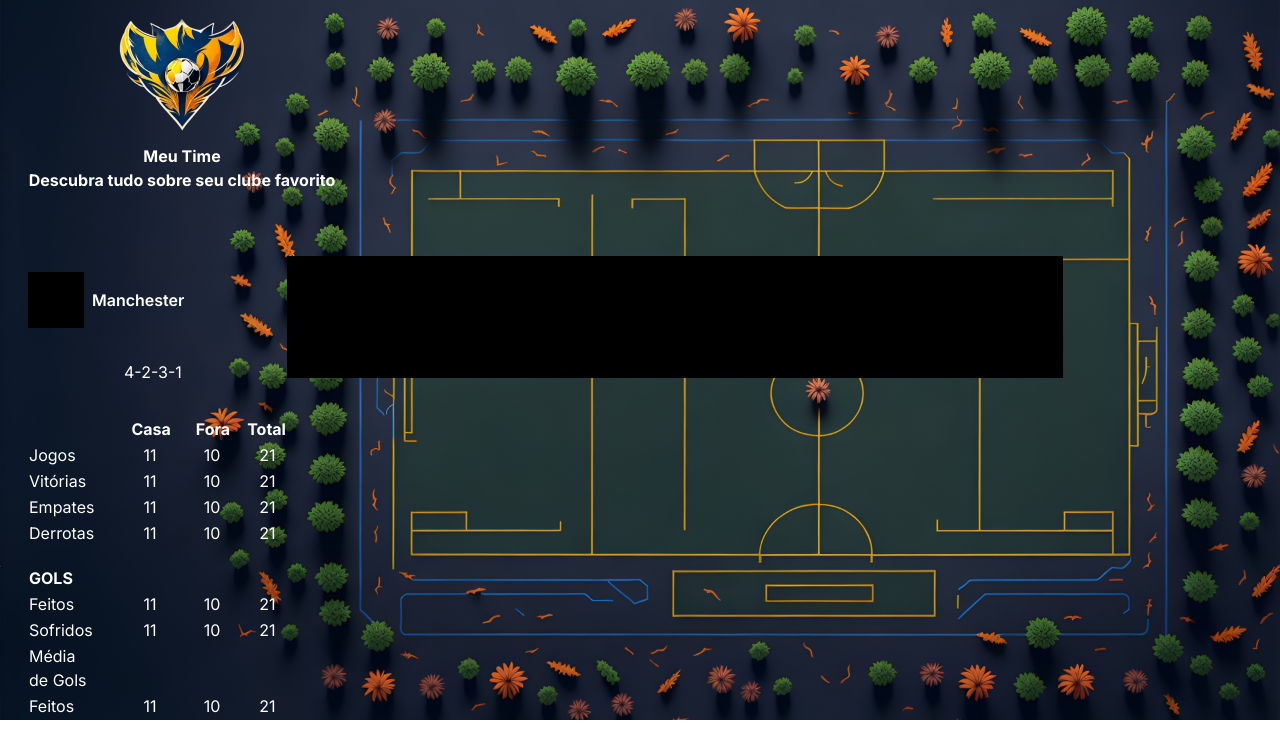
Repository: LuizAGDomingues/MeuTimeApp
Page: /statistics
An editor plug-in stored every save of this project. The page is shown before and after the next save, followed by the edit.
The browser window is 1280 px wide. The pictures show the whole page.
The project was rebuilt for these pictures with package versions that can differ from the ones it lists, and the page was loaded fresh each time. The framework's server and built-in components were replaced by stand-ins that run in the browser. Also part of the build but not shown: next.config.js.

Above is the page before, as saved 2023-05-26 14:22:56.

### src/app/layout.tsx
"use client"

import './globals.css'
import { Inter } from 'next/font/google'
import { QueryClient, QueryClientProvider } from 'react-query'

const inter = Inter({ subsets: ['latin'] })

const queryClient = new QueryClient()

export const metadata = {
  title: 'Trade test - Football API',
  description: 'Test para vaga front-end da Trade Technology',
}

export default function RootLayout({
  children,
}: {
  children: React.ReactNode
}) {
  return (
    <html lang="pt-br">
      <body className={inter.className}>
        <QueryClientProvider client={queryClient}>
          {children}
        </QueryClientProvider>
      </body>
    </html>
  )
}

### src/app/statistics/page.tsx
import React, { useEffect } from 'react'
import { useRouter } from 'next/router';
import logo from '../../assets/logo.png'
import Image from 'next/image'
import { useQuery } from 'react-query';
import { api } from '@/lib/axios';

function page() {
  // const router = useRouter();
  // const { league, seasonYear, team } = router.query;
  // const API_KEY = process.env.NEXT_PUBLIC_API_KEY;
  // const API_HOST = process.env.NEXT_PUBLIC_API_HOST;

  // useEffect(() => {
  //   // Verificar se as informações estão presentes
  //   if (!league || !seasonYear || !team) {
  //     // Redirecionar para outra página ou exibir uma mensagem de erro
  //     router.push('/');
  //   }
  // }, [league, seasonYear, team]);

  // const { data: timeStatisticsData, isLoading: timeStatisticsLoading, error: timeStatisticsError } = useQuery('timeStatistics', () => {
  //   return api.get('teams', {
  //     headers: {
  //       "x-rapidapi-host": API_HOST,
	// 	    "x-rapidapi-key": API_KEY
  //     }, params: {
  //       league: league,
  //       season: seasonYear,
  //       team: team
  //     }
  //   }).then((response) => response.data.response)
  // })

  // const { data: timeSquadData, isLoading: timeSquadLoading, error: timeSquadError } = useQuery('timeSquad', () => {
  //   return api.get('players/squads', {
  //     headers: {
  //       "x-rapidapi-host": API_HOST,
	// 	    "x-rapidapi-key": API_KEY
  //     },
  //     params: {
  //       team: team
  //     }
  //   }).then((response) => response.data.response)
  // })

  return (
    <section className='statisticpage w-full h-screen px-7 pb-20 text-white'>
      <div className='flex flex-col items-center w-[308px]'>
        <Image src={logo} alt='Logo exemplo'/>
        <span className='text-white font-bold text-center'>Meu Time<br/>Descubra tudo sobre seu clube favorito</span>
      </div>

      <div className='flex justify-between'>

        <div className='flex flex-col items-start w-[308px]'>
          <div className='flex items-center gap-2 mt-20'>
            <div className='w-14 h-14 bg-black'></div>
            <span className='font-semibold'>Manchester</span>
          </div>
          <span className='mt-8 ml-24 mb-8'>4-2-3-1</span>

          <table>
            <thead>
              <tr>
                <th></th>
                <th className="text-center pl-9">Casa</th>
                <th className="text-center pl-6">Fora</th>
                <th className="text-center pl-4">Total</th>
              </tr>
            </thead>
            <tbody>
              <tr>
                <td>Jogos</td>
                <td className="pl-12">11</td>
                <td className="pl-8">10</td>
                <td className="pl-7">21</td>
              </tr>
              <tr>
                <td>Vitórias</td>
                <td className="pl-12">11</td>
                <td className="pl-8">10</td>
                <td className="pl-7">21</td>
              </tr>
              <tr>
                <td>Empates</td>
                <td className="pl-12">11</td>
                <td className="pl-8">10</td>
                <td className="pl-7">21</td>
              </tr>
              <tr>
                <td>Derrotas</td>
                <td className="pl-12">11</td>
                <td className="pl-8">10</td>
                <td className="pl-7">21</td>
              </tr>

              <tr>
                <td className='font-bold pt-5'>GOLS</td>
              </tr>
              <tr>
                <td>Feitos</td>
                <td className="pl-12">11</td>
                <td className="pl-8">10</td>
                <td className="pl-7">21</td>
              </tr>
              <tr>
                <td>Sofridos</td>
                <td className="pl-12">11</td>
                <td className="pl-8">10</td>
                <td className="pl-7">21</td>
              </tr>

              <tr>
                <td>Média de Gols</td>
              </tr>
              <tr>
                <td>Feitos</td>
                <td className="pl-12">11</td>
                <td className="pl-8">10</td>
                <td className="pl-7">21</td>
              </tr>
              <tr>
                <td>Sofridos</td>
                <td className="pl-12">11</td>
                <td className="pl-8">10</td>
                <td className="pl-7">21</td>
              </tr>
            </tbody>
          </table>
        </div>

        <div className='grid grid-cols-10 gap-4 mr-[13.5rem] mt-16'>
          <div className='w-[88px] h-[122px] bg-black'></div>
          <div className='w-[88px] h-[122px] bg-black'></div>
          <div className='w-[88px] h-[122px] bg-black'></div>
          <div className='w-[88px] h-[122px] bg-black'></div>
          <div className='w-[88px] h-[122px] bg-black'></div>
          <div className='w-[88px] h-[122px] bg-black'></div>
          <div className='w-[88px] h-[122px] bg-black'></div>
          <div className='w-[88px] h-[122px] bg-black'></div>
          <div className='w-[88px] h-[122px] bg-black'></div>
          <div className='w-[88px] h-[122px] bg-black'></div>
        </div>
      </div>

    </section>
  )
}

export default page

### src/app/globals.css
@tailwind base;
@tailwind components;
@tailwind utilities;

.landingpage {
  background-image: url('../assets/background.png');
  background-size: cover;
  background-repeat: no-repeat;
}

.statisticpage {
  background-image: url('../assets/statisticsBackground.png');
  background-size: cover;
  background-repeat: no-repeat;
}

Loaded but not shown: tailwind.config.js (common file)

After the next save:
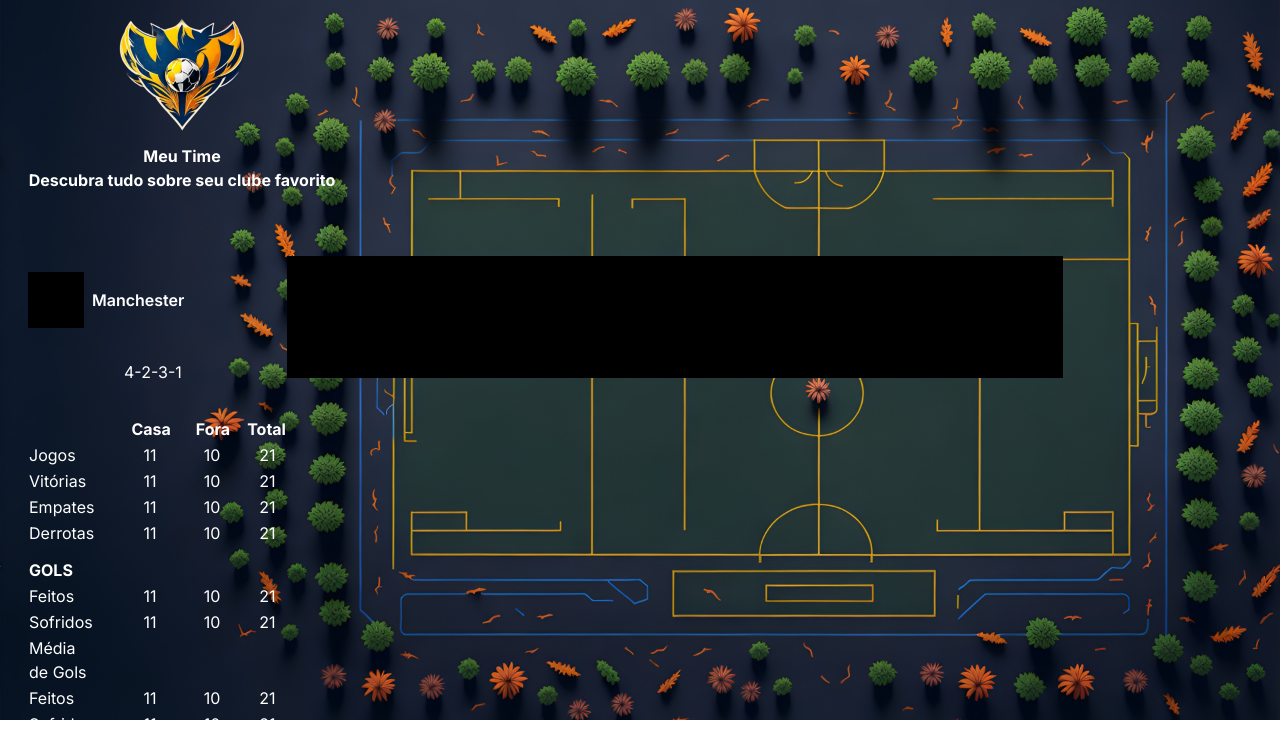
Saved 8 s later.
--- a/src/app/statistics/page.tsx
+++ b/src/app/statistics/page.tsx
@@ -96,7 +96,7 @@ function page() {
               </tr>
 
               <tr>
-                <td className='font-bold pt-5'>GOLS</td>
+                <td className='font-bold pt-3'>GOLS</td>
               </tr>
               <tr>
                 <td>Feitos</td>
